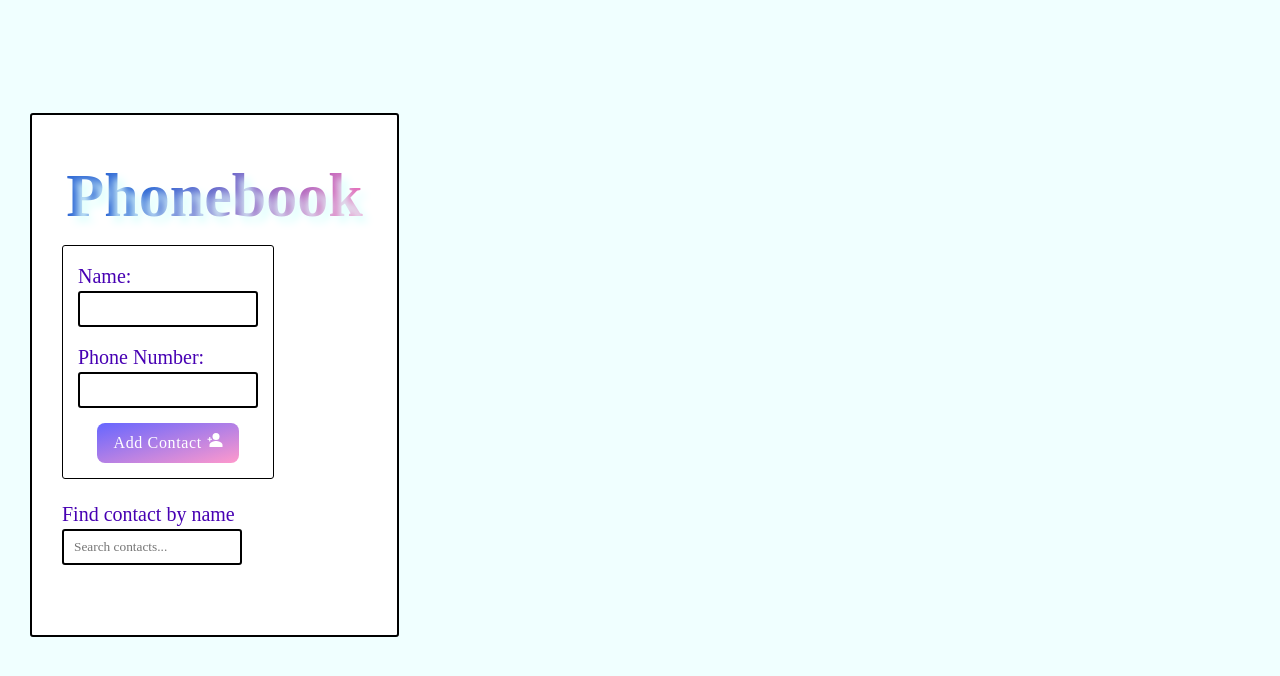
Repository: PoppyHanna/goit-neo-react-hw-module6
Page: /
The author's editor kept a copy of each file at every save. The page is drawn from the files as they stood at one save, then again after the next save.
The browser window is 1280 px wide. The pictures show the whole page.
The project was rebuilt for these pictures with package versions that can differ from the ones it lists, and the page was loaded fresh each time. Also part of the build but not shown: vite.config.js, src/components/contact/Contact.module.css, src/components/contact/Contact.jsx.

Above is the page before, as saved 2026-07-05 15:55:41.

After the next save:
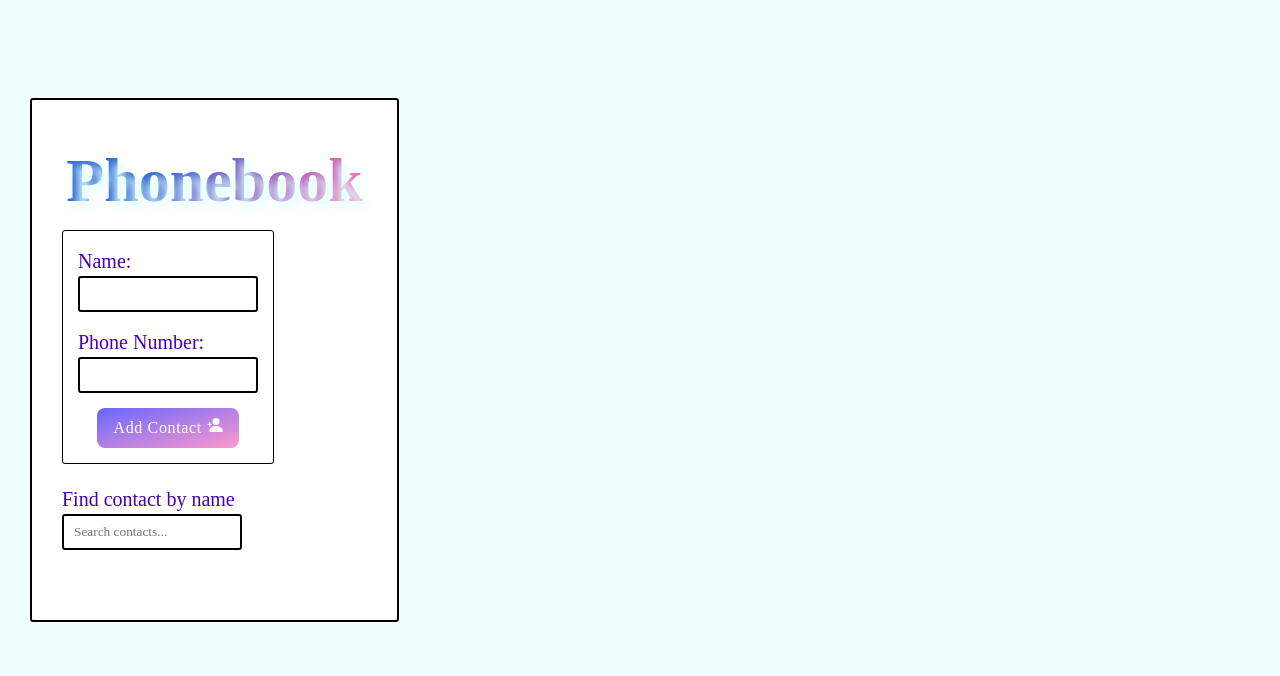
Saved 94 s later.
--- a/src/App.module.css
+++ b/src/App.module.css
@@ -12,8 +12,9 @@ button {
 }
 
 .container {
-  margin-top: 30px;
-  margin-left: 30px;
+  /* margin-top: 30px;
+  margin-left: 30px; */
+  margin: 30px;
   padding: 30px;
   border: 2px solid #000;
   border-radius: 3px;
